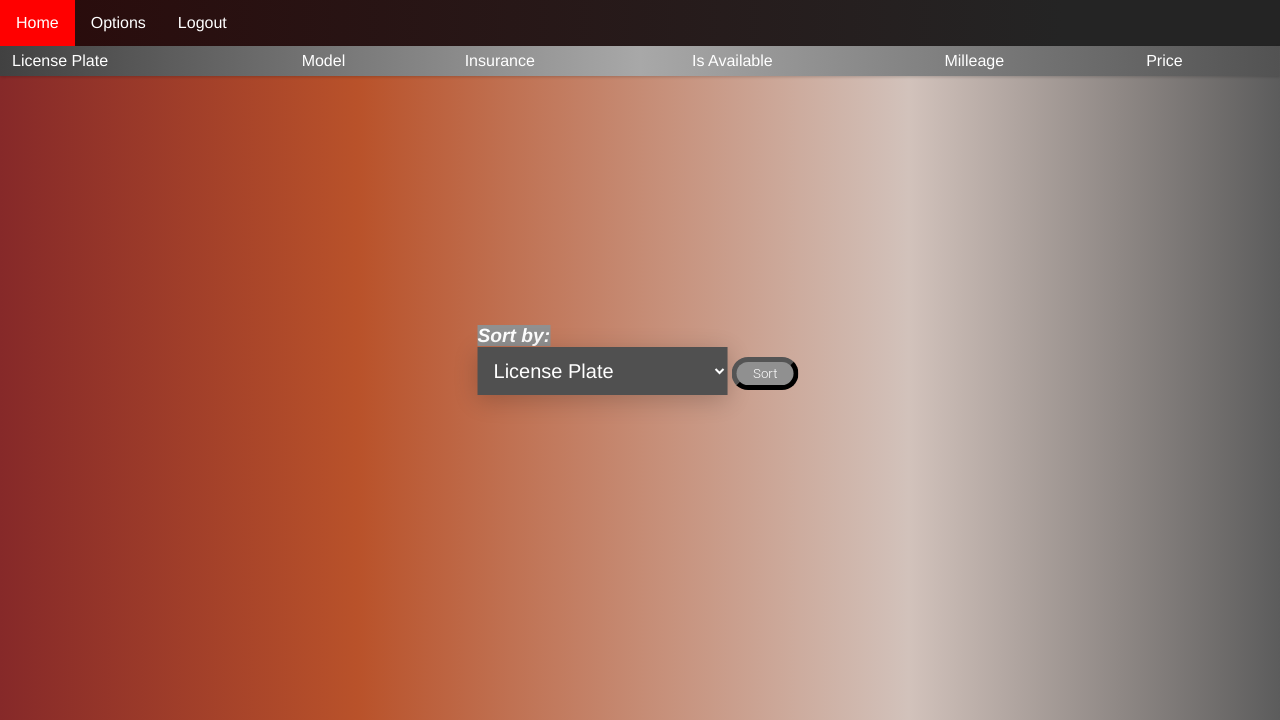
Repository: kensevv/nevexisDemos
Page: http://localhost/Car_Rental_Management_System/VehicleList.jsp
An editor plug-in stored every save of this project. The page is shown before and after the next save, followed by the edit.
The browser window is 1280 px wide. The pictures show the whole page.
The page is served by Tomcat 9. Nobody is signed in. The application's start-up code is not run. The template is opened directly, without the code that normally fills it, so the values that code supplies are empty.

Above is the page before, as saved 2021-03-25 23:13:37.

After the next save:
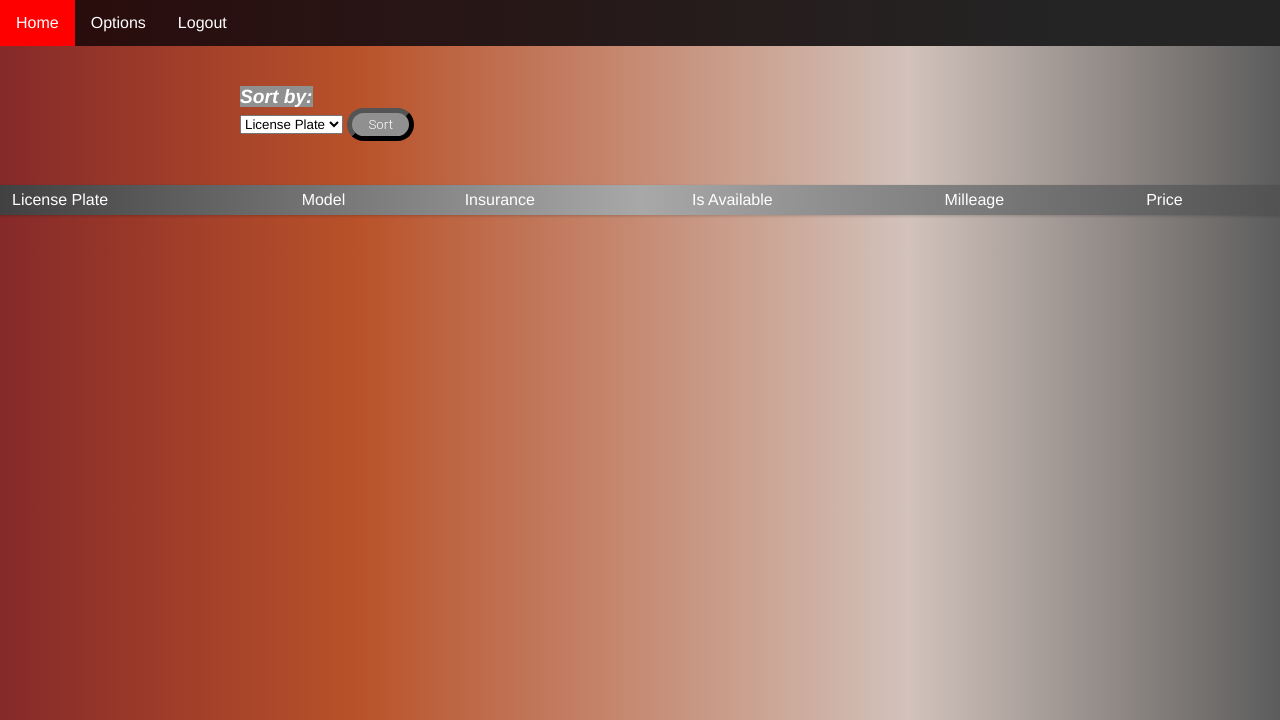
Saved 3 min 49 s later.
--- a/Car_Rental_Management_System/src/main/webapp/VehicleList.jsp
+++ b/Car_Rental_Management_System/src/main/webapp/VehicleList.jsp
@@ -24,7 +24,8 @@
 		</div>
 		<a href="login.jsp">Logout</a>
 	</div>
-		<div class="box" id="sortBox">
+	<div class="wrapper">
+
 			<label for="orderBy" id="modifyTitle">Sort by:</label>
 			<form method="get" action="list">
 				<select name="orderBy" id="car">
